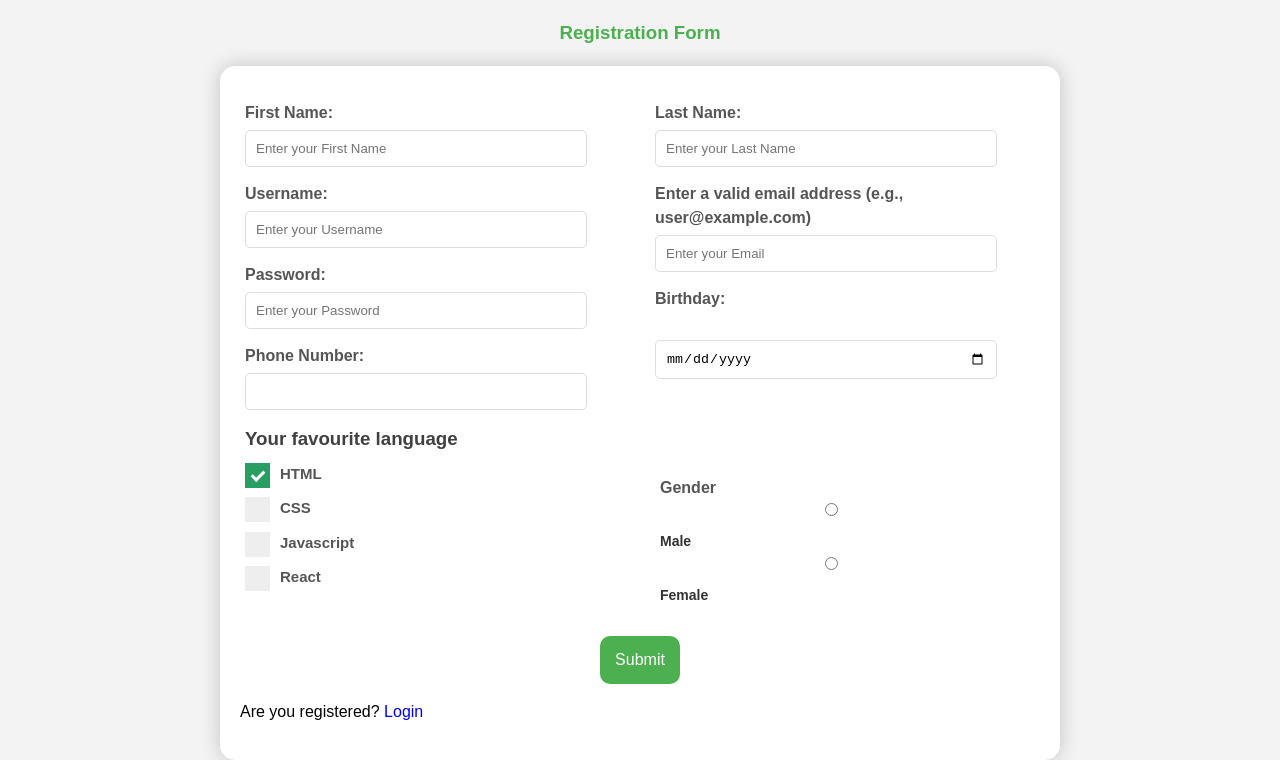
Repository: alizey12/Regestratin-Form-js
Page: regester.html
The author's editor kept a copy of each file at every save. The page is drawn from the files as they stood at one save, then again after a run of saves.
The browser window is 1280 px wide. The pictures show the whole page.

Above is the page before, as saved 2024-11-29 19:10:05.

After the next 2 saves:
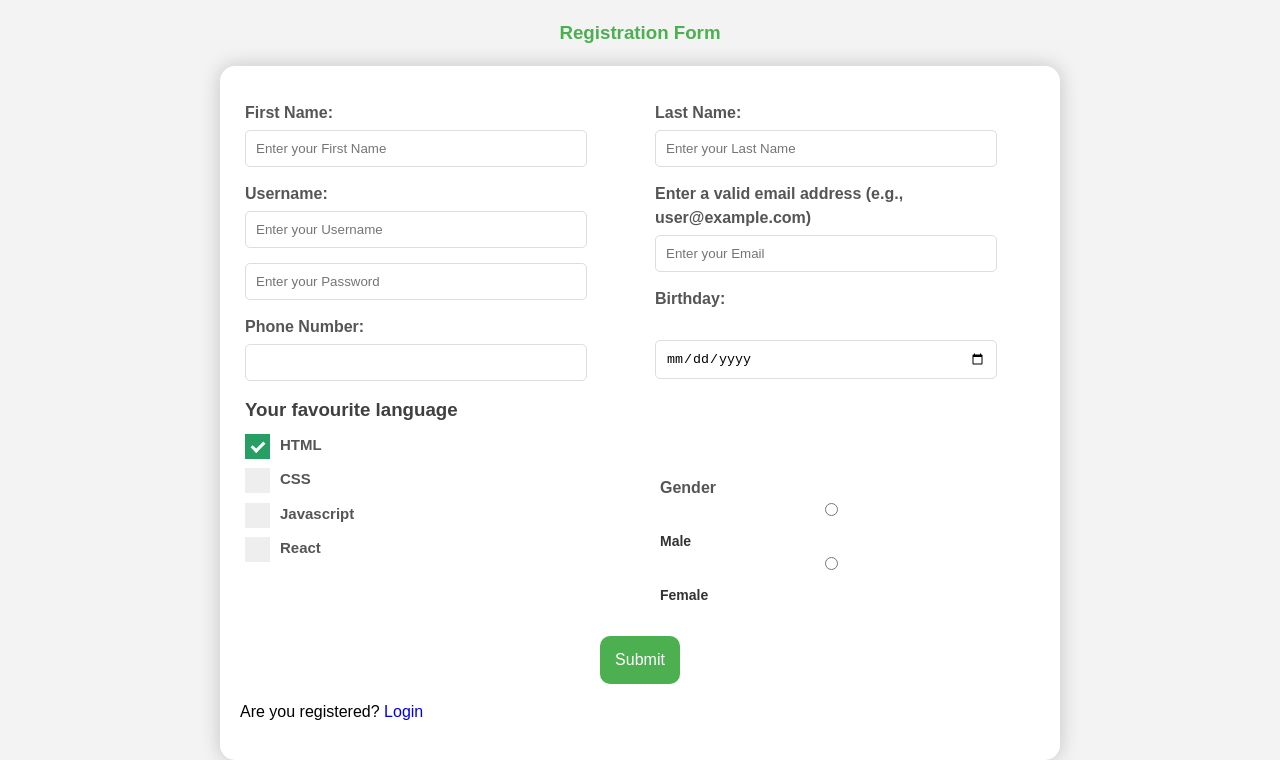
The 2 saves are shown as one change because they came seconds apart.
The last was saved 17 s later.
--- a/regester.html
+++ b/regester.html
@@ -18,7 +18,7 @@
                     <label for="username">Username:</label>
                     <input type="text" id="username" name="username" placeholder="Enter your Username" required>
 
-                    <label for="password">Password:</label>
+                    <label for="password"> </label>
                     <input type="password" id="password" name="password" placeholder="Enter your Password" required>
 
                     <label for="quantity">Phone Number:</label>
